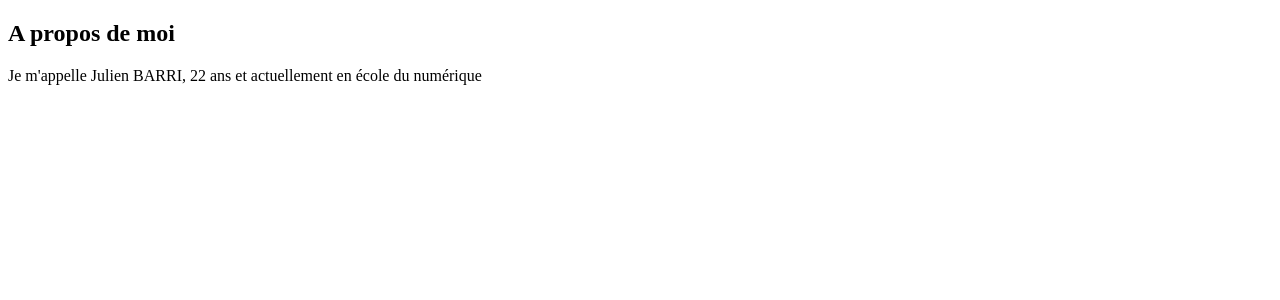
Repository: barridev/cours_devops.github.io
Page: index.html
An editor plug-in stored every save of this project. The page is shown before and after a run of saves, followed by the edit.
The browser window is 1280 px wide. The pictures show the whole page.

Above is the page before, as saved 2022-06-13 14:55:49.

After the next 2 saves:
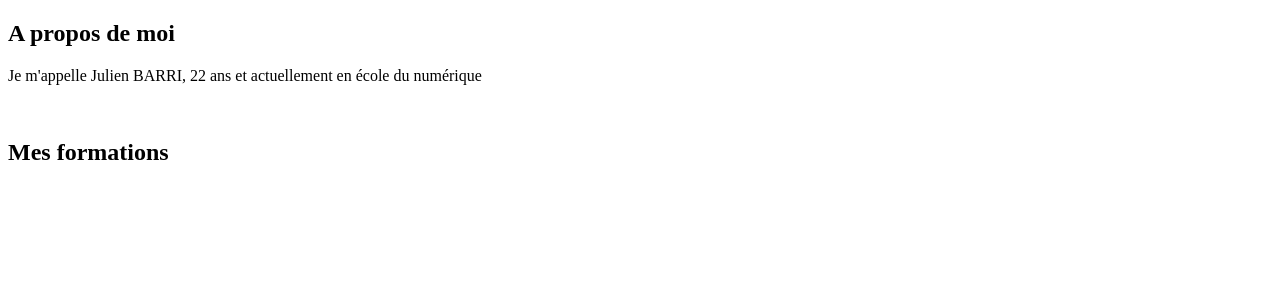
The 2 saves are shown as one change because they came seconds apart.
The last was saved 18 s later.
--- a/index.html
+++ b/index.html
@@ -16,7 +16,8 @@
     </section>
 
     <section>
-        <h2>  </h2>
+        <h2> Mes formations </h2>
+        <p></p>
     </section>
 </body>
 
